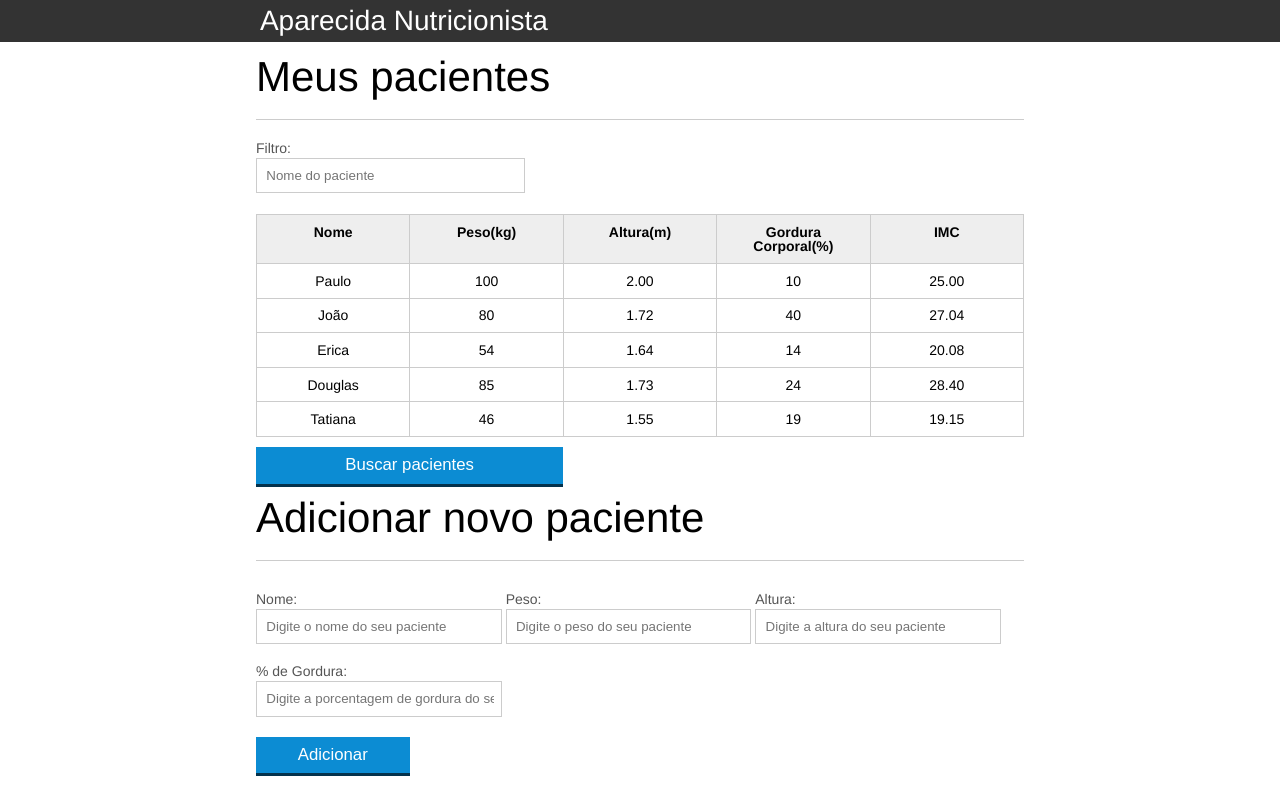
Repository: GabbLps/Controle-de-Clientes-Alura
Page: index.html
The author's editor kept a copy of each file at every save. The page is drawn from the files as they stood at one save, then again after a run of saves.
The browser window is 1280 px wide. The pictures show the whole page.

Above is the page before, as saved 2022-05-16 11:39:23.

### index.html
<!DOCTYPE html>
<html lang="pt-br">
	<head>
		<meta charset="UTF-8">
		<title>Aparecida Nutrição</title>
		<link rel="icon" href="favicon.ico" type="image/x-icon">
		<link rel="stylesheet" type="text/css" href="css/reset.css">
		<link rel="stylesheet" type="text/css" href="css/index.css">

	</head>
	<body>

		<header>
			<div class="container">
				<h1 class="titulo">Aparecida Nutrição</h1>
			</div>
		</header>
		<main>
			<section class="container">
				<h2>Meus pacientes</h2>
				<label for="filtrar-tabela">Filtro:</label>
				<input type="text" name="filtro" id="filtrar-tabela" placeholder="Nome do paciente">
				<table>
					<thead>
						<tr>
							<th>Nome</th>
							<th>Peso(kg)</th>
							<th>Altura(m)</th>
							<th>Gordura Corporal(%)</th>
							<th>IMC</th>
						</tr>
					</thead>
					<tbody id="tabela-pacientes">
						<tr class="paciente" id="primeiro-paciente" >
							<td class="info-nome">Paulo</td>
							<td class="info-peso">100</td>
							<td class="info-altura">2.00</td>
							<td class="info-gordura">10</td>
							<td class="info-imc">0</td>
						</tr>

						<tr class="paciente" >
							<td class="info-nome">João</td>
							<td class="info-peso">80</td>
							<td class="info-altura">1.72</td>
							<td class="info-gordura">40</td>
							<td class="info-imc">0</td>
						</tr>

						<tr class="paciente" >
							<td class="info-nome">Erica</td>
							<td class="info-peso">54</td>
							<td class="info-altura">1.64</td>
							<td class="info-gordura">14</td>
							<td class="info-imc">0</td>
						</tr>

						<tr class="paciente">
							<td class="info-nome">Douglas</td>
							<td class="info-peso">85</td>
							<td class="info-altura">1.73</td>
							<td class="info-gordura">24</td>
							<td class="info-imc">0</td>
						</tr>
						<tr class="paciente" >
							<td class="info-nome">Tatiana</td>
							<td class="info-peso">46</td>
							<td class="info-altura">1.55</td>
							<td class="info-gordura">19</td>
							<td class="info-imc">0</td>
						</tr>
					</tbody>
				</table>

				<button id="buscar-paciente" class="botao bto-principal">Buscar pacientes</button>
			</section>
		</main>

		<section class="container">
			<h2 id="titulo-form">Adicionar novo paciente</h2>
			<ul id="mensagens-erro">

			</ul>
			<form id="form-adiciona">
				<div class="grupo">
					<label for="nome">Nome:</label>
					<input id="nome" name="nome" type="text" placeholder="Digite o nome do seu paciente" class="campo">
				</div>
				<div class="grupo">
					<label for="peso">Peso:</label>
					<input id="peso" name="peso" type="text" placeholder="Digite o peso do seu paciente" class="campo campo-medio">
				</div>
				<div class="grupo">
					<label for="altura">Altura:</label>
					<input id="altura" name="altura" type="text" placeholder="Digite a altura do seu paciente" class="campo campo-medio">
				</div>
				<div class="grupo">
					<label for="gordura">% de Gordura:</label>
					<input id="gordura" type="text" placeholder="Digite a porcentagem de gordura do seu paciente" class="campo campo-medio">
				</div>

				<button id="adicionar-paciente" class="botao bto-principal">Adicionar</button>
			</form>
		</section>

		<script src="js/calcula-imc.js"></script>
		<script src="js/form.js"></script>
		<script src="js/remover-paciente.js"></script>
		<script src="js/filtro.js"></script>
		<script src="js/buscar-pacientes.js"></script>

	</body>
</html>

### css/index.css
*{
	box-sizing: border-box;
 }

body{
	font-family: "Helvetica Neue", "Helvetica", Helvetica, Arial, sans-serif;
	font-size: 14px;
}

header{
	background-color: #333;
	height: 3em;
	color: #FFF;
	margin-bottom: 1em;
}

header h1{
	font-size: 2em;
	display:inline-block;
	vertical-align:	middle;
}
header h2{
	font-size: 2em;
	display:inline-block;
	vertical-align:	middle;
}

header .container:before{
	content: '';
	display:inline-block;
	height: 100%;
	vertical-align:	middle;
}

.container{
	width: 60%;
	height: 100%;
	margin: 0 auto;
}

section{
	margin: 2em 0;
	overflow: hidden;
}

section h2{
	font-size: 3em;
	display: block;
	padding-bottom: .5em;
	border-bottom: 1px solid #ccc;
	margin-bottom: .5em;
}

table{
	width: 100%;
	margin-bottom : .5em;
    table-layout: fixed;
	margin-top: 1.5em;
}

#buscar-paciente {
	width: 40%;
}

td, th {
	padding: .7em;
	margin: 0;
	border: 1px solid #ccc;
	text-align: center;
}

th{
	font-weight: bold;
	background-color: #EEE;
}

label{
	color: #555;
	display: block;
	margin-bottom: .2em;
}

.campo, #filtrar-tabela{
	margin: 0;
	padding-bottom: 1em;
	width: 100%;
	border: 1px solid #ccc;
	padding: .7em;
	width: 100%;
}

#filtrar-tabela {
	width: 35%;
}

.campo-medio{
	display: inline-block;
	padding-right: .5em;
}

.grupo{
	width: 32%;
	display: inline-block;
	padding: 10px 0px;
}

button{
	padding: .5em 2em;
	border: 0;
	border-bottom: 3px solid;
	font-size: 1.2em;
	cursor: pointer;
	margin: 0;
	margin-top: -3px;
	color: #fff;
	background-color:#0c8cd3;
	border-color: #04324c;
	width: 20%;
    display: block;
    clear: both;
    margin: 10px 0px;

}

button:active{
	margin-top:0px;
	border: 0;
}

button[disabled=disabled], button:disabled {
    background-color: gray;
	border-color: darkgray;

}

.adicionar-paciente{
    margin-top: 30px;
}

.campo-invalido{
	border: 1px solid red;
}

.paciente-invalido {
	background-color: lightcoral;
}

#mensagens-erro{
	color:red;
}

.fadeOut {
	opacity: 0;
	transition: 0.5s;
}

.invisivel {
	display: none;
}

### js/calcula-imc.js
var titulo = document.querySelector(".titulo");
titulo.textContent = "Aparecida Nutricionista";

var pacientes = document.querySelectorAll(".paciente");

for(var i = 0;i < pacientes.length; i++) {

    var paciente = pacientes[i];

    var tdPeso = paciente.querySelector(".info-peso");
    var peso = tdPeso.textContent;

    var tdAltura = paciente.querySelector(".info-altura");
    var altura = tdAltura.textContent;

    var tdImc = paciente.querySelector(".info-imc");

    var pesoEhValido = validaPeso(peso); //true or false
    var alturaEhValida = validaAltura(altura); //true or false

    if(!pesoEhValido) {
        console.log("Peso inválido!")
        pesoEhValido = false;
        tdImc.textContent = "Peso inválido!"
        paciente.classList.add("paciente-invalido");
    }

    if(!alturaEhValida) {
        console.log("Altura inválida!")
        pesoEhValido = false;
        tdImc.textContent = "Altura inválida!";
        paciente.classList.add("paciente-invalido");
    }

    if(pesoEhValido && alturaEhValida) {
        var imc = calculaImc(peso,altura);
        tdImc.textContent = imc;
    }
}

function validaPeso(peso) {
    if(peso >= 0 && peso < 1000) {
        return true;
    }else{
        return false;
    }
}

function validaAltura(altura) {
    if(altura >= 0 && altura <= 3.0) {
        return true;
    } else {
        return false;
    }
}

function calculaImc(peso,altura) {
    var imc = 0;

    imc = peso / (altura*altura);

    return imc.toFixed(2);
}

### js/form.js
var botaoAdicionar = document.querySelector("#adicionar-paciente");
botaoAdicionar.addEventListener("click", function(event) {
    event.preventDefault();

    var form = document.querySelector("#form-adiciona");
    var paciente = obtemPacienteDoFormulario(form);

    var pacienteTr = montaTr(paciente);

    var erros = validaPaciente(paciente);
    console.log(erros);

    if(erros.length > 0){
        exibeMensagensDeErro(erros);
        return;
    }

    //  Adicionando paciente na tabela
    var tabela = document.querySelector("#tabela-pacientes");

    tabela.appendChild(pacienteTr);
    form.reset();

    // Apagar conteudo de dentro da UL que contem os erros
    var mensagensErro = document.querySelector("#mensagens-erro");
    mensagensErro.innerHTML = "";
});

    function exibeMensagensDeErro(erros) {
        var ul = document.querySelector("#mensagens-erro");
        ul.innerHTML = "";
        erros.forEach(function(erro){
            var li = document.createElement("li");
            li.textContent = erro;
            ul.appendChild(li);
        });
    }

function obtemPacienteDoFormulario(form) {

    var paciente = {
        nome: form.nome.value,
        peso: form.peso.value,
        altura: form.altura.value,
        gordura: form.gordura.value,
        imc: calculaImc(form.peso.value, form.altura.value)
    }
    return paciente;
}

function montaTr(paciente){
    var pacienteTr = document.createElement("tr");  // Cria uma tr
    pacienteTr.classList.add("paciente");

    pacienteTr.appendChild(montaTd(paciente.nome, "info-nome"));   // Adiciona nomeTd dentro da Tr
    pacienteTr.appendChild(montaTd(paciente.peso, "info-peso"));
    pacienteTr.appendChild(montaTd(paciente.altura, "info-altura"));
    pacienteTr.appendChild(montaTd(paciente.gordura, "info-gordura"));
    pacienteTr.appendChild(montaTd(paciente.imc, "info-imc"));

    return pacienteTr;
}

function montaTd(dado,classe) {
    var td = document.createElement("td");  // Cria uma  td
    td.textContent = dado;   //  Adiciona um valor para essa td
    td.classList.add(classe); // Adiciona a classe no Td
    return td;
}

function validaPaciente(paciente) {

    var erros = [];

    if(paciente.nome.length == 0) {
        erros.push("O nome não pode ser em branco.");
    }

    if(!validaPeso(paciente.peso)){
        erros.push("Peso inválido!");
    }

    if(!validaAltura(paciente.altura)){
        erros.push("Altura inválida!");
    }

    if(paciente.gordura.length == 0) {
        erros.push("A gordura não pode ser em branco.");
    }

    if(paciente.peso.length == 0) {
        erros.push("O peso não pode ser em branco.");
    }

    if(paciente.altura.length == 0) {
        erros.push("A altura não pode ser em branco.");
    }
    return erros;
}

### js/remover-paciente.js
var pacientes = document.querySelectorAll(".paciente");

var tabela = document.querySelector("#tabela-pacientes");

tabela.addEventListener("dblclick", function(e){
    e.target.parentNode.classList.add("fadeOut");

    setTimeout(function(){
        e.target.parentNode.remove();
    }, 500);

      // e. target = o filho que é clicado
});  // parentNode é o pai dele.     e.target = alvoDoEvento e o parentNode = o pai dele.

/*
pacientes.forEach(function(paciente){
    paciente.addEventListener("dblclick", function(){
        console.log("Fui clicado com um duplo clique!");
        this.remove();  // this = quem for clicado ou recebe a ação/evento.
    });
});
*/

### js/filtro.js
var campoFiltro = document.querySelector("#filtrar-tabela");

campoFiltro.addEventListener("input", function(){
    console.log(this.value);
    var pacientes = document.querySelectorAll(".paciente");

    if(this.value.length > 0){

        for(var i = 0; i < pacientes.length; i++){
            var paciente = pacientes[i];
            var tdNome = paciente.querySelector(".info-nome");
            var nome = tdNome.textContent;
            var expressao = new RegExp(this.value,"i");
            if(!expressao.test(nome)) {
                paciente.classList.add("invisivel");
            } else {
                paciente.classList.remove("invisivel");
            }
        }
    } else {
        for (var i = 0; i < pacientes.length; i++) {
            var paciente = pacientes[i];
            paciente.classList.remove("invisivel");
        }
    }

});

### js/buscar-pacientes.js
var btnBuscarPaciente = document.querySelector("#buscar-paciente")

btnBuscarPaciente.addEventListener("click", function(){

});

Loaded but not shown: css/reset.css (common file)

After the next 2 saves:
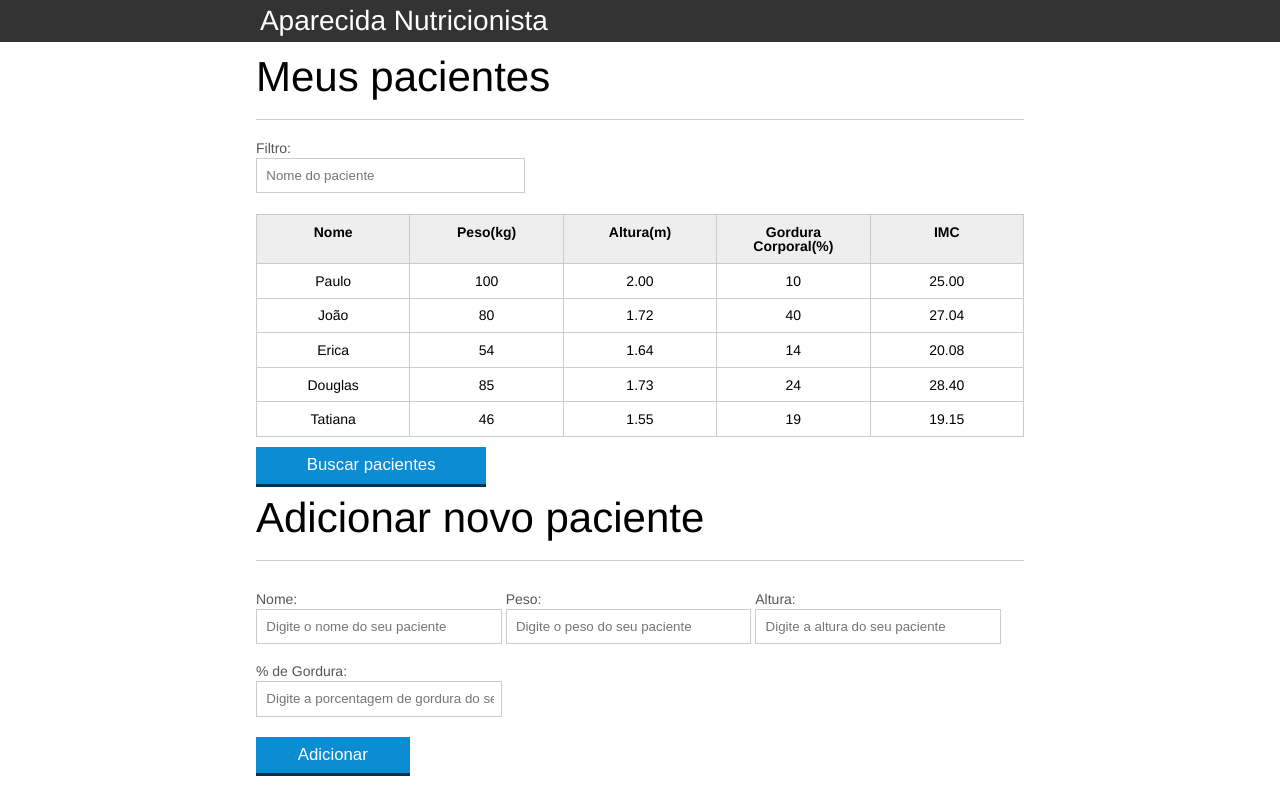
The 2 saves are shown as one change because they came seconds apart.
The last was saved 9 s later.
--- a/css/index.css
+++ b/css/index.css
@@ -59,7 +59,7 @@ table{
 }
 
 #buscar-paciente {
-	width: 40%;
+	width: 30%;
 }
 
 td, th {
